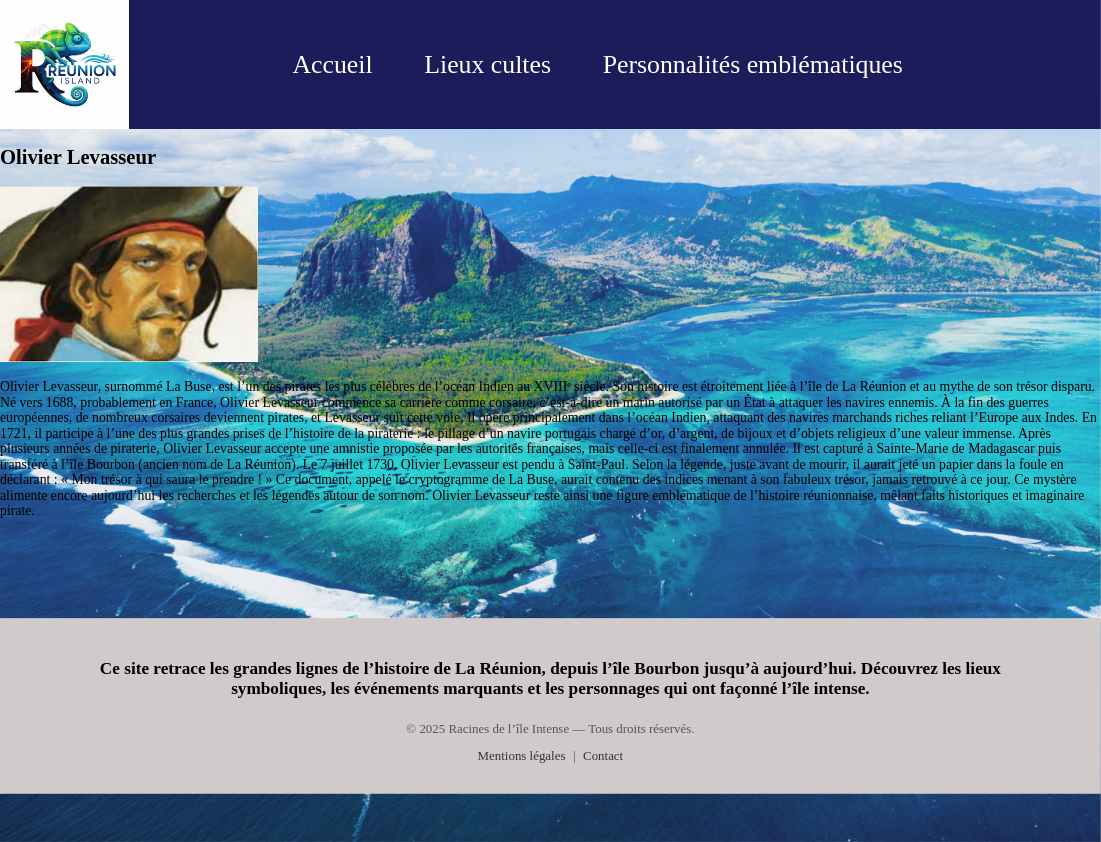
Repository: racinesintense974/Racines-de-lile-intense
Page: olivier-levasseur.html
An editor plug-in stored every save of this project. The page is shown before and after the next save, followed by the edit.
The browser window is 1280 px wide. The pictures show the whole page, at 86% of full size.

Above is the page before, as saved 2026-02-19 16:38:19.

### olivier-levasseur.html
<!DOCTYPE html>
<html lang="fr">
<head>
    <meta charset="UTF-8">
    <title>Olivier Levasseur</title>
    <link rel="stylesheet" href="css/goat.css">
</head>
<body>

<body>
    <section class="top-page">
        <header class="header">
            <img src="image/logo22.png" alt="logo du site">
        <nav class="nav">
    <ul class="menu">
        <li><a href="index.html">Accueil</a></li>

        <li class="dropdown">
            <a href="#">Lieux cultes</a>
            <ul class="submenu">
                <li><a href="mafate.html">Mafate</a></li>
                <li><a href="cilaos.html">Cilaos</a></li>
                <li><a href="volcans.html">Les volcans</a></li>
            </ul>
        </li>

        <li class="dropdown">
        <a href="#">Personnalités emblématiques</a>
            <ul class="submenu">
                <li><a href="olivier-levasseur.html">Olivier Levasseur</a></li>
                <li><a href="Desbassayns.html">Madame Desbassayns</a></li>
                <li><a href="Garros.html">Rolland Garros</a></li>
            </ul>
        </li>

    </ul>
    </nav>
</header>

<main>
    <h1>Olivier Levasseur</h1>
    <img src="image/olivier levasuce.jpg" width="300">
    <p>
       Olivier Levasseur, surnommé La Buse, est l’un des pirates les plus célèbres de l’océan Indien au XVIIIᵉ siècle. Son histoire est étroitement liée à l’île de La Réunion et au mythe de son trésor disparu.

Né vers 1688, probablement en France, Olivier Levasseur commence sa carrière comme corsaire, c’est-à-dire un marin autorisé par un État à attaquer les navires ennemis. À la fin des guerres européennes, de nombreux corsaires deviennent pirates, et Levasseur suit cette voie.

Il opère principalement dans l’océan Indien, attaquant des navires marchands riches reliant l’Europe aux Indes. En 1721, il participe à l’une des plus grandes prises de l’histoire de la piraterie : le pillage d’un navire portugais chargé d’or, d’argent, de bijoux et d’objets religieux d’une valeur immense.

Après plusieurs années de piraterie, Olivier Levasseur accepte une amnistie proposée par les autorités françaises, mais celle-ci est finalement annulée. Il est capturé à Sainte-Marie de Madagascar puis transféré à l’île Bourbon (ancien nom de La Réunion).

Le 7 juillet 1730, Olivier Levasseur est pendu à Saint-Paul. Selon la légende, juste avant de mourir, il aurait jeté un papier dans la foule en déclarant :

« Mon trésor à qui saura le prendre ! »

Ce document, appelé le cryptogramme de La Buse, aurait contenu des indices menant à son fabuleux trésor, jamais retrouvé à ce jour. Ce mystère alimente encore aujourd’hui les recherches et les légendes autour de son nom.

Olivier Levasseur reste ainsi une figure emblématique de l’histoire réunionnaise, mêlant faits historiques et imaginaire pirate.
    </p>
</main>
<footer class="footer">
    <h1 class="big-title2">Ce site retrace les grandes lignes de l’histoire de La Réunion, depuis l’île Bourbon jusqu’à aujourd’hui. Découvrez les lieux symboliques, les événements marquants et les personnages qui ont façonné l’île intense.</h1>
  <p>&copy; 2025 Racines de l’île Intense — Tous droits réservés.</p>
  <p><a href="mentions-legales.html">Mentions légales</a> | <a href="contact.html">Contact</a></p>
</footer>

    </section>
</body>
</html>

### css/goat.css

*

body {
    margin: 0 auto;

}

header.header {
    display: flex;
    align-items: center;
    background-color: rgb(28, 28, 91);                    /* Entête */
    margin: 0;

}

header.header img {
    width: 150px;
}






section.top-page {
    background: url('../image/ocean\ fond\ olivier.jpg');
    background-size: cover;
    height: 136vh;
    padding: 0px;
}
/* page de bienvenue (landing page) */
.big-title {
    color: rgb(255, 255, 255);
    font-size: 27px;
    padding: 55px 360px;
    background-color: rgba(0, 0, 0, 0.323);
    margin-top: 0;



}
html, body {
  height: 100%;           /* Nécessaire pour que le conteneur remplisse l'écran */
  margin: 0;
  padding: 0;
}

.conteneur-central {
  display: flex;
  justify-content: center;      /* centre horizontalement */
  align-items: center;          /* centre verticalement */
  height: 70vh;                /* 100% de la hauteur de l'écran */
}

/* La galerie contient les images */
.galerie-images {
  display: flex;
  gap: 20px;
  flex-wrap: wrap;
  justify-content: center;
}

.galerie-images img {
  width: 390px;
  height: auto;
  border-radius: 50px;
  box-shadow: 0 4px 10px rgba(0, 0, 0, 0.1);
  transition: transform 0.3s ease;
}

.galerie-images img:hover {
  transform: scale(1.05);
}

.big-title2 {
    color: black;
    font-size: 20px;
    padding: 10px 50px;
}

.footer {
    width: 100%;
  background-color: #d0caca;
  padding: 20px;
  text-align: center;
  font-size: 15px;
  color: #555;
  border-top: 1px solid #ccc;
  margin-top: 116px;
   box-sizing: border-box;

}

.footer a {
  color: #333;
  text-decoration: none;
  margin: 0 5px;
}

.footer a:hover {
  text-decoration: underline;
}


/* menu de navigation */

nav.nav {
    display: flex;
    justify-content: space-between;
    list-style: none;
    width: 970px;
    margin-left: 180px;
font-size: 30px;
}


nav.nav li {
    color: white;
}



/* ===== MENU DEROULANT LIEUX-CULTES ===== */

nav.nav ul.menu {
    list-style: none;
    display: flex;
    gap: 40px;           /* espace entre les éléments */
    margin: 0;
    padding: 0;
}

nav.nav ul.menu > li {
    position: relative;
}

nav.nav ul.menu a {
    text-decoration: none;
    color: white;
    font-size: 30px;
    padding: 10px;
}

/* Sous-menu caché */
.submenu {
    list-style: none;
    padding: 0;
    margin: 0;
    position: absolute;
    background: rgb(12, 16, 70);
    border-radius: 5px;
    border: 1px solid black;
    display: none;
    min-width: 180px;
    z-index: 10;
}

/* Liens du sous-menu */
.submenu li a {
    color: black;
    padding: 10px;
    display: block;
    font-size: 20px;
}

/* Apparition au survol */
.dropdown:hover .submenu {
    display: block;
}

/* Effet hover */
.submenu li a:hover {
    background-color: #a01212;
}

After the next save:
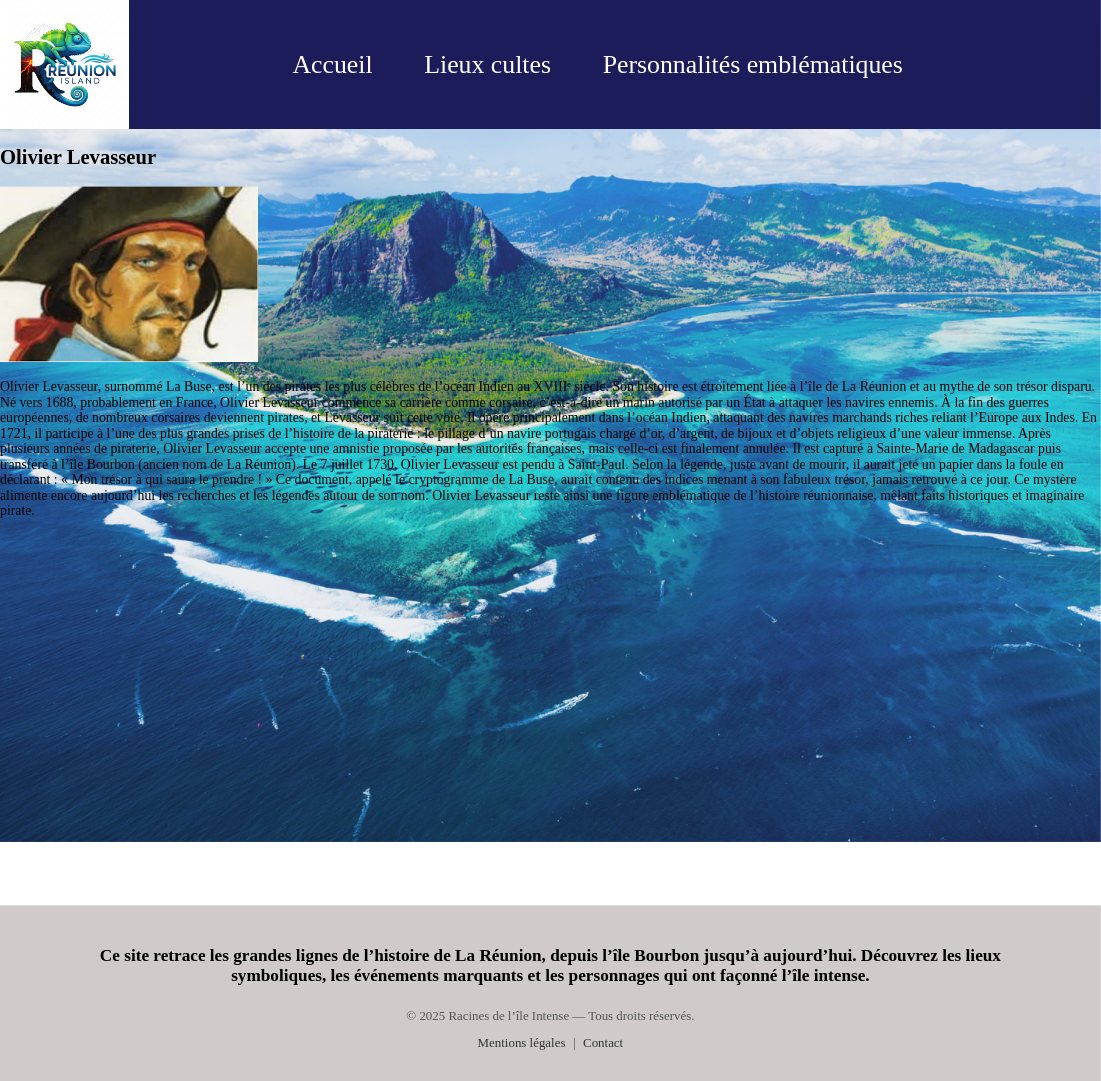
Saved 26 s later.
--- a/css/goat.css
+++ b/css/goat.css
@@ -87,7 +87,7 @@ html, body {
   font-size: 15px;
   color: #555;
   border-top: 1px solid #ccc;
-  margin-top: 116px;
+  margin-top: 450px;
    box-sizing: border-box;
 
 }
